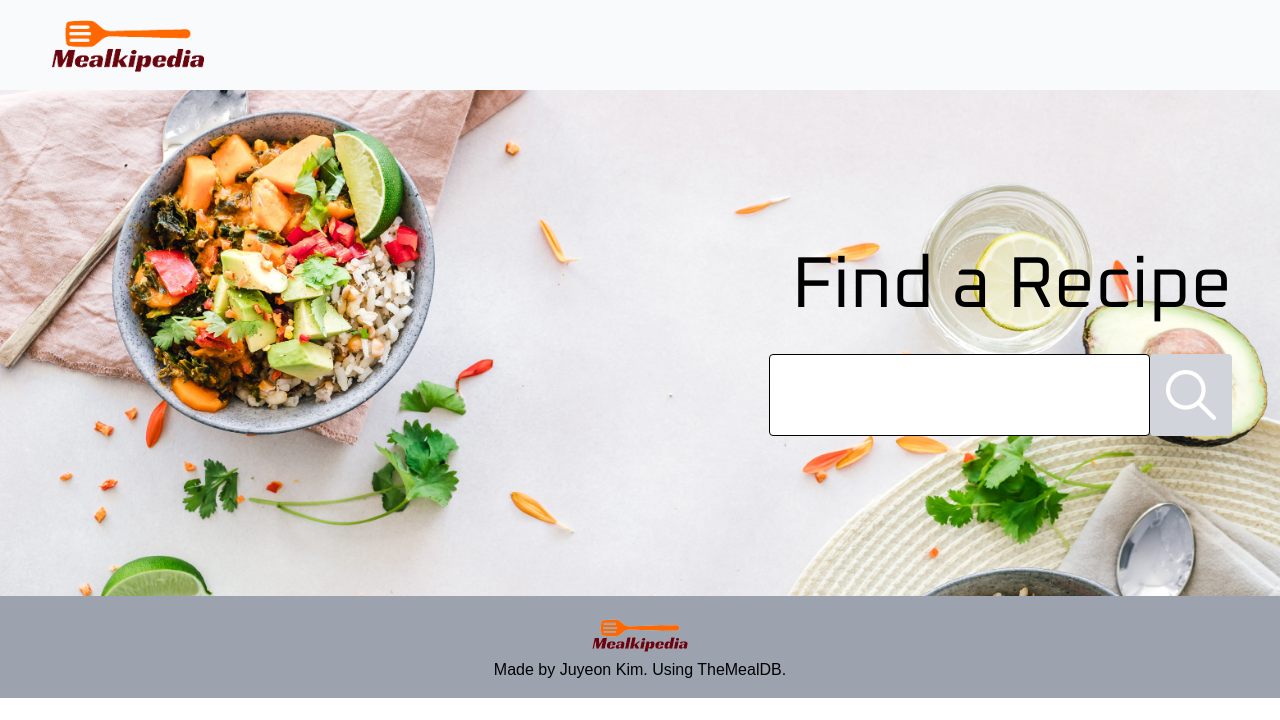
Repository: Jay-JYKim91/grj_mealkipedia
Page: /
These files come from the project's save history. The page is drawn as it stood at one moment and after the next save; the edit follows.
The browser window is 1280 px wide. The pictures show the whole page.
Some web fonts or font styles are not loaded; a fallback is used. The project was rebuilt for these pictures with package versions that can differ from the ones it lists, and the page was loaded fresh each time. Also part of the build but not shown: src/pages/recipe/recipe.tsx, src/pages/search/search.tsx.

Above is the page before, as saved 2022-06-21 15:42:06.

### public/index.html
<!DOCTYPE html>
<html lang="en">
  <head>
    <meta charset="utf-8" />
    <link rel="icon" href="%PUBLIC_URL%/favicon.ico" />
    <link rel="preconnect" href="https://fonts.googleapis.com">
    <link rel="preconnect" href="https://fonts.gstatic.com" crossorigin>
    <link href="https://fonts.googleapis.com/css2?family=Biryani:wght@300;400&family=Oxanium:wght@300;400;500&family=Racing+Sans+One&display=swap" rel="stylesheet">
    <meta name="viewport" content="width=device-width, initial-scale=1" />
    <meta name="theme-color" content="#000000" />
    <meta
      name="description"
      content="Web site created using create-react-app"
    />
    <title>Mealkipedia</title>
  </head>
  <body>
    <div id="root"></div>
  </body>
</html>

### src/index.tsx
import React from 'react';
import ReactDOM from 'react-dom/client';
import './index.css';
import App from './app';
import { BrowserRouter } from 'react-router-dom';

const root = ReactDOM.createRoot(
  document.getElementById('root') as HTMLElement
);

root.render(
  <React.StrictMode>
    <BrowserRouter>
      <App />
    </BrowserRouter>
  </React.StrictMode>
);

### src/App.tsx
import React from 'react';
import { Route, Routes } from 'react-router-dom';
import Footer from './component/footer/footer';
import Header from './component/header/header';
import Home from './pages/home/home';
import Recipe from './pages/recipe/recipe';
import Search from './pages/search/search';

const App: React.FC = () => {

  return (
    <>
      <Header />
      <main>
        <Routes>
          <Route path='/' element={
            <Home />
          } />
          <Route path='search' element={
            <Search />
          } />
          <Route path='recipe' element={
            <Recipe />
          } />
        </Routes>
      </main>
      <Footer />
    </>
  );
}

export default App;

### src/component/footer/footer.tsx
import React from 'react';

const Footer = () => {
    console.log(React);

    return (
        <footer className="flex flex-col items-center justify-center px-12 py-4 bg-gray-400">
            <img src="/logo.png" alt="logo" width="100" />
            <p className="font-body2_font">Made by Juyeon Kim. Using TheMealDB.</p>
        </footer>
    )
};

export default Footer;

### src/component/header/header.tsx
import React from 'react';

const Header = () => {
    console.log(React);

    return (
        <header className="px-12 py-2 shadow-md bg-gray-50">
            <img src='/logo.png' alt="logo" width="160" />
        </header>
    )
}

export default Header;

### src/pages/home/home.tsx
import React from 'react';

const Home: React.FC = () => {

    return (
        <section className="px-12 py-40 bg-cover bg-[url('images/main_background.jpg')] text-right">
            <h1 className="font-body1_font text-7xl mb-8">Find a Recipe</h1>
            <div className="flex justify-end">
                <input type="search" className="p-4 text-3xl font-body1_font rounded border border-black" />
                <button className="p-4 bg-gray-300 rounded">
                    <img src="./search.png" alt="search" />
                </button>
            </div>
        </section>

    )
};

export default Home;

### tailwind.config.js
/** @type {import('tailwindcss').Config} */
module.exports = {
  content: [
    "./src/**/*.{js,jsx,ts,tsx}",
  ],
  darkMode: false, // or 'media' or 'class'
  theme: {
    extend: {
      fontFamily: {
        'heading_font': ['Racing Sans One', 'cursive'],
        'body1_font': ['Oxanium', 'cursive'],
        'body2_font': ['Biryani', 'sans-serif']
      }
    },
  },
  plugins: [],
}

Loaded but not shown: src/index.css (common file)

After the next save:
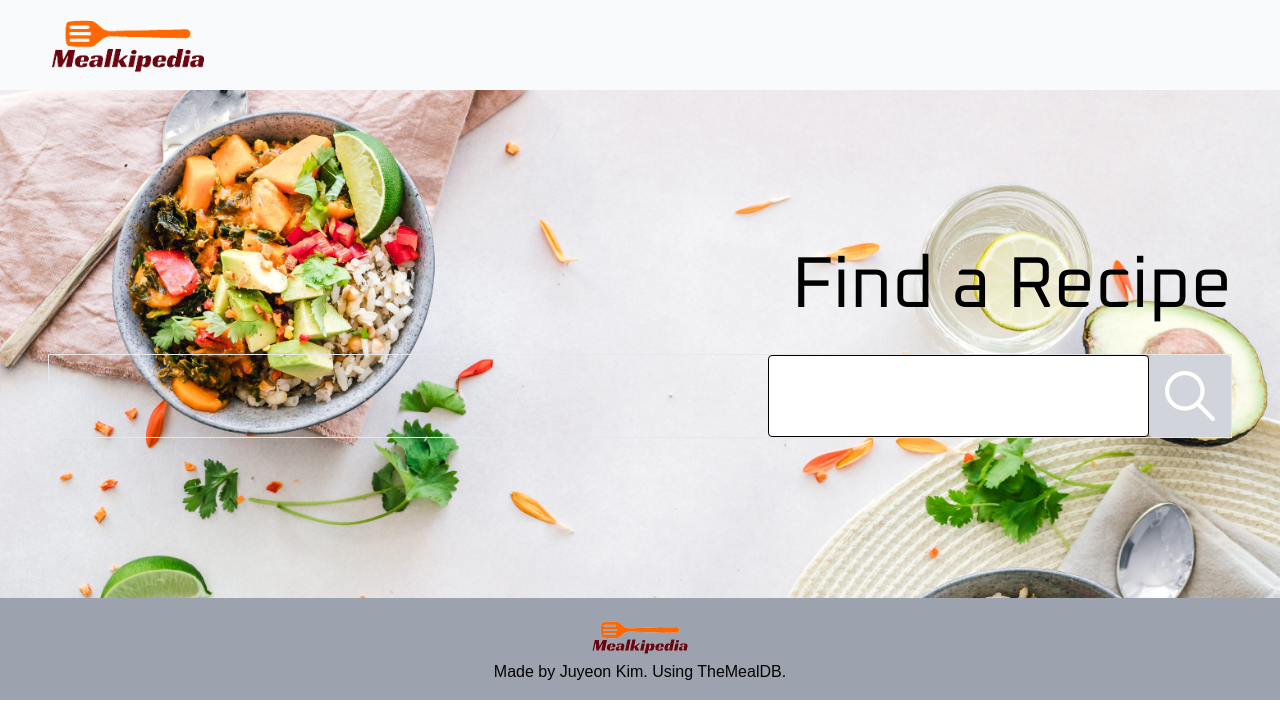
Saved 8 s later.
--- a/src/pages/home/home.tsx
+++ b/src/pages/home/home.tsx
@@ -5,7 +5,7 @@
     return (
         <section className="px-12 py-40 bg-cover bg-[url('images/main_background.jpg')] text-right">
             <h1 className="font-body1_font text-7xl mb-8">Find a Recipe</h1>
-            <div className="flex justify-end">
+            <div className="flex justify-end border">
                 <input type="search" className="p-4 text-3xl font-body1_font rounded border border-black" />
                 <button className="p-4 bg-gray-300 rounded">
                     <img src="./search.png" alt="search" />

After the save that followed:
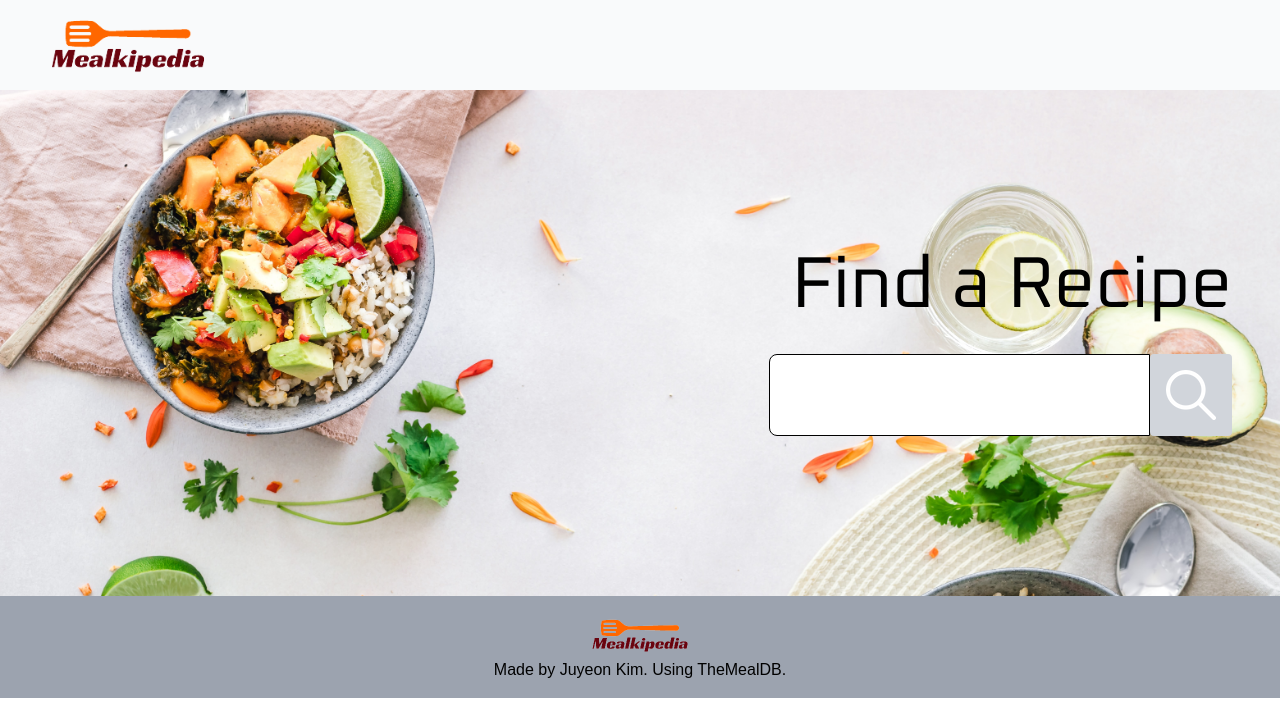
Saved 48 s later.
--- a/src/pages/home/home.tsx
+++ b/src/pages/home/home.tsx
@@ -5,8 +5,8 @@
     return (
         <section className="px-12 py-40 bg-cover bg-[url('images/main_background.jpg')] text-right">
             <h1 className="font-body1_font text-7xl mb-8">Find a Recipe</h1>
-            <div className="flex justify-end border">
-                <input type="search" className="p-4 text-3xl font-body1_font rounded border border-black" />
+            <div className="flex justify-end">
+                <input type="search" className="p-4 text-3xl font-body1_font rounded-l-lg border border-black" />
                 <button className="p-4 bg-gray-300 rounded">
                     <img src="./search.png" alt="search" />
                 </button>
